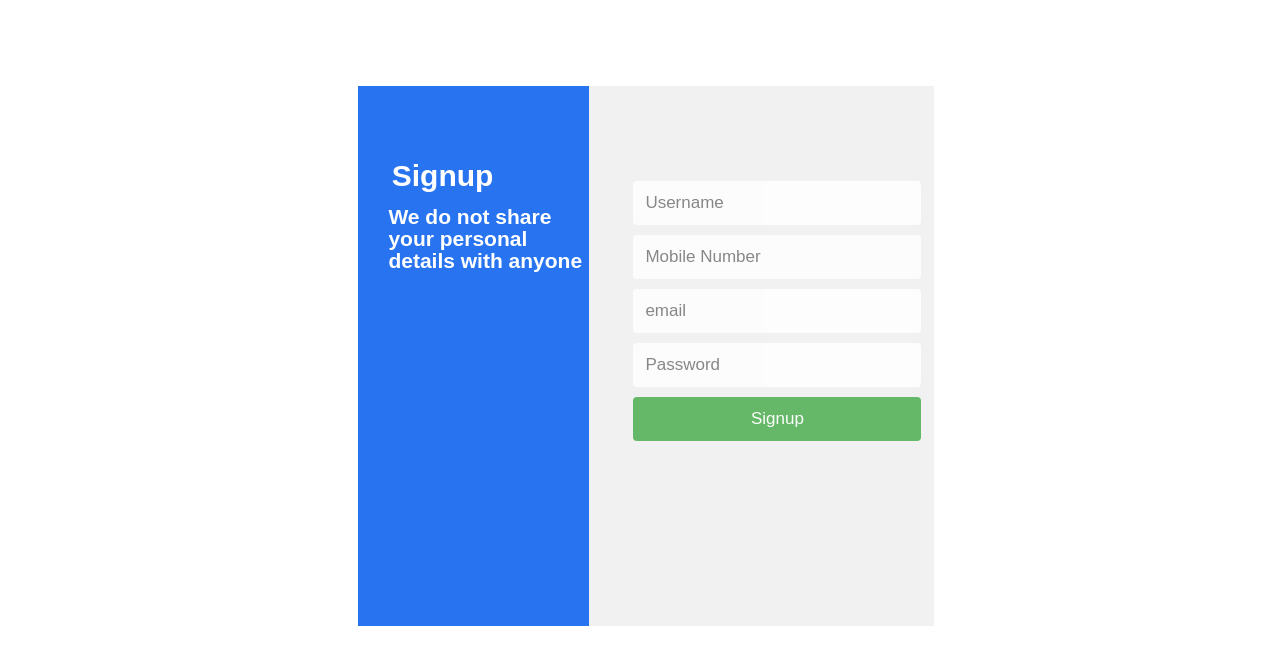
Repository: mihirhpanchal/Java-OnlineShopping
Page: http://localhost/shopping/jsp/signup.jsp
The author's editor kept a copy of each file at every save. The page is drawn from the files as they stood at one save, then again after the next save.
The browser window is 1280 px wide. The pictures show the whole page.
The page is served by Tomcat 9.

Above is the page before, as saved 2019-11-20 09:35:00.

After the next save:
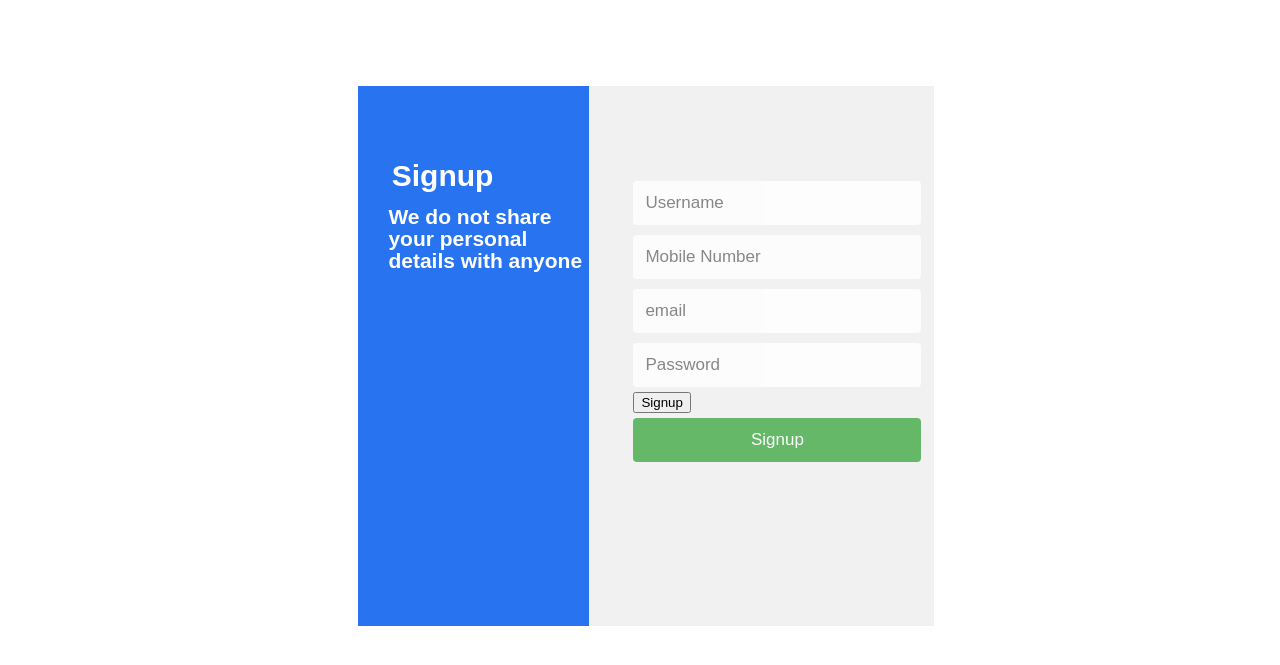
Saved 118 s later.
--- a/backs/shopdir/shopping/src/main/webapp/jsp/signup.jsp
+++ b/backs/shopdir/shopping/src/main/webapp/jsp/signup.jsp
@@ -56,6 +56,7 @@ input:hover,
 	 <input type="text" name="Mobile Number" placeholder="Mobile Number" required>
 	 <input type="text" name="email" placeholder="email" required>
         <input type="password" name="password" placeholder="Password" required>
+        <button type="submit">Signup</button>
         <input type="submit" value="Signup">
 </form>
 	</div>
